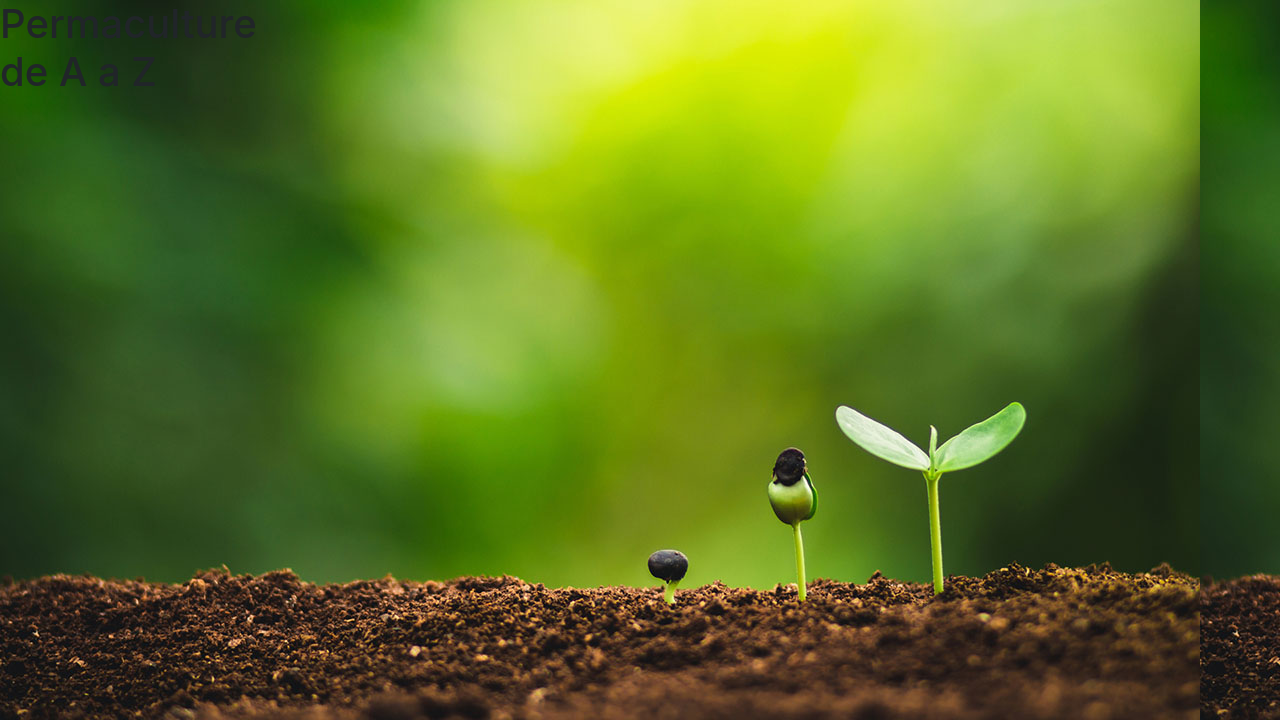
Repository: ahthionkevin/permaculture
Page: index.html
The author's editor kept a copy of each file at every save. The page is drawn from the files as they stood at one save, then again after the next save.
The browser window is 1280 px wide. The pictures show the whole page.

Above is the page before, as saved 2021-07-06 21:12:00.

### index.html
<!DOCTYPE html>
<html lang="fr">
<head>
    <meta charset="UTF-8">
    <meta http-equiv="X-UA-Compatible" content="IE=edge">
    <meta name="viewport" content="width=device-width, initial-scale=1.0">
    <title>Document</title>
    <link rel="stylesheet" href="./bootstrap.css">
    <link rel="stylesheet" href="./style.css">
</head>
<body>
    <header>
        <h1>Permaculture <br>de A a Z</h1>
    </header>

</body>
</html>

### style.css
html{
    scroll-behavior: smooth;
}

h2, h3, h4, .nav-item, #transition, footer{
    text-align: center;
}

header{
    background: url(./media/main.jpg);
    height: 100vh;
}

Loaded but not shown: bootstrap.css (library)

After the next save:
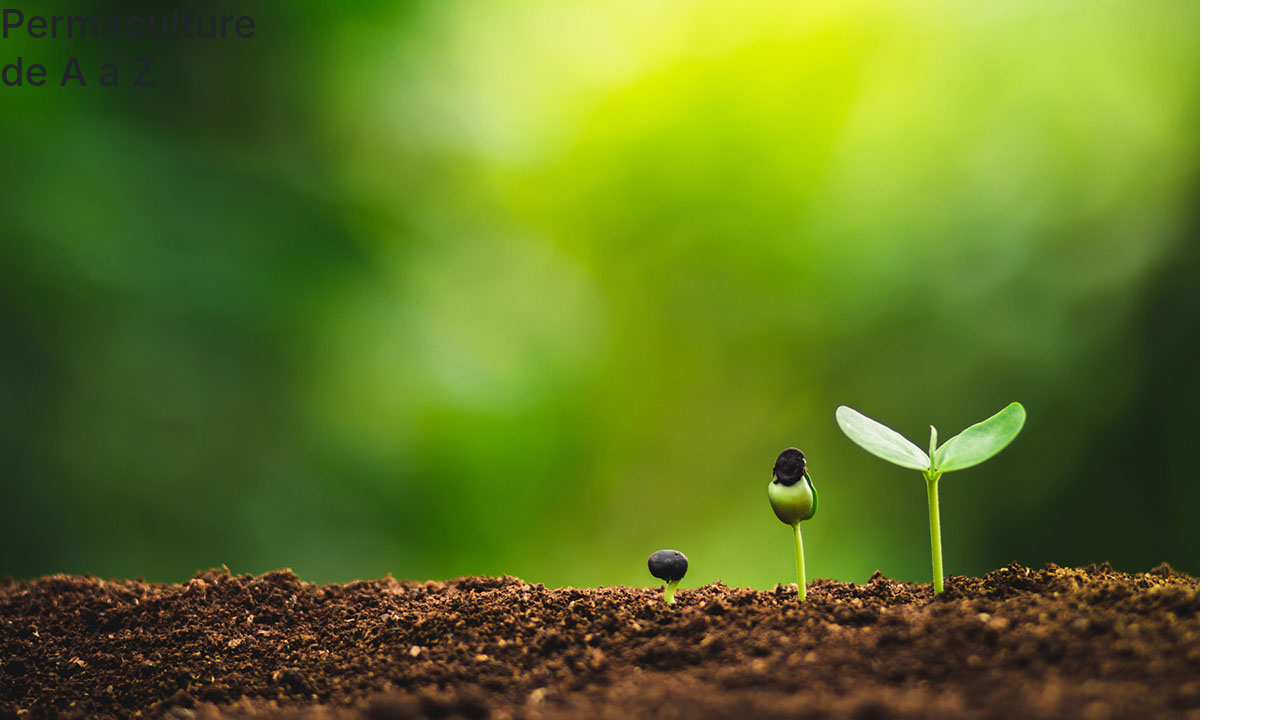
Saved 13 s later.
--- a/style.css
+++ b/style.css
@@ -7,6 +7,7 @@ h2, h3, h4, .nav-item, #transition, footer{
 }
 
 header{
-    background: url(./media/main.jpg);
+    background: url(./media/main.jpg) no-repeat;
+
     height: 100vh;
 }
